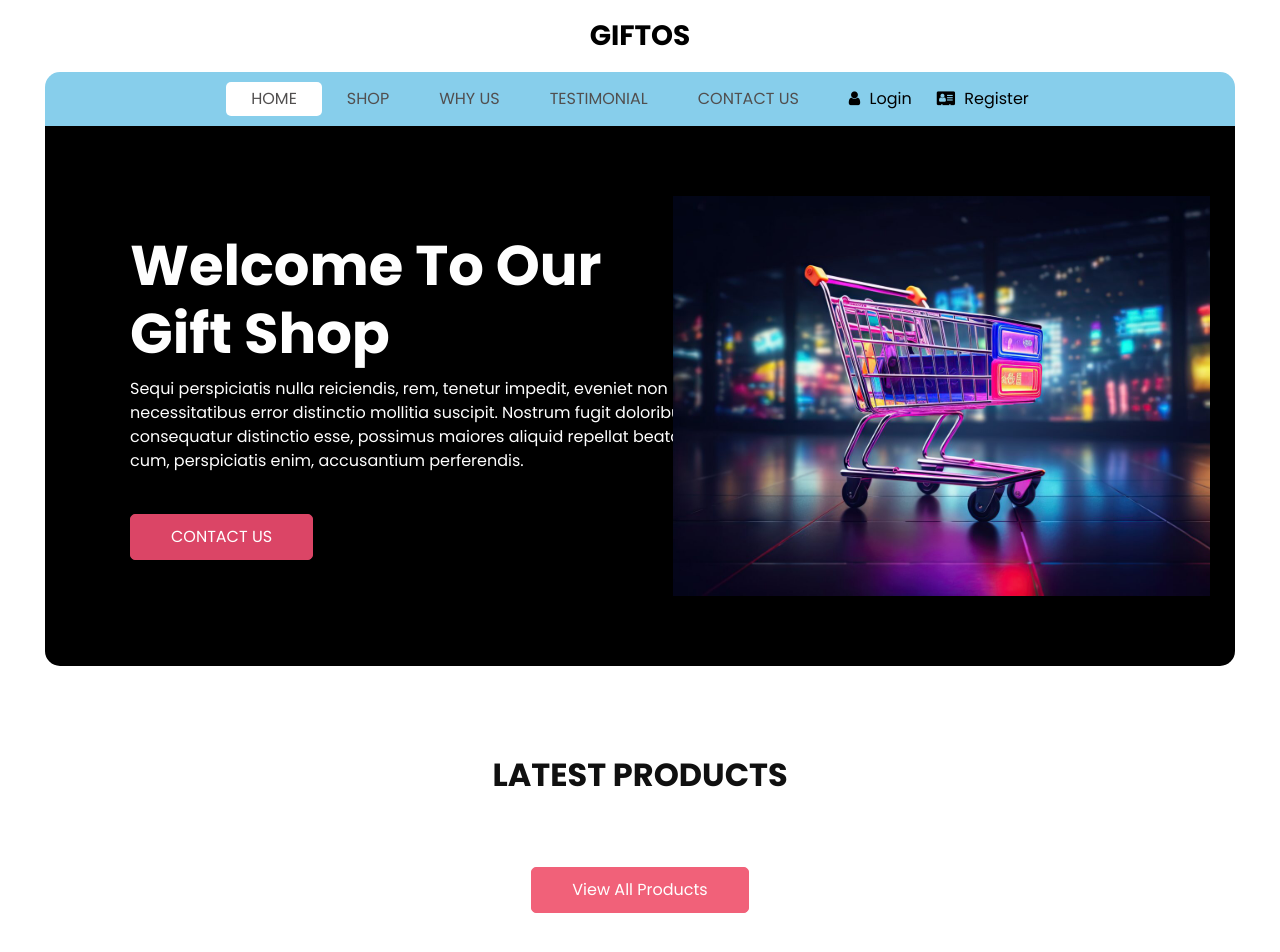
Repository: hahuuchinh2501/ecommerce_project
Page: http://localhost/
These files come from the project's save history. The page is drawn as it stood at one moment and after the next save; the edit follows.
The browser window is 1280 px wide. The pictures show the part of the page from y = 0 to 952 px (the page is 2195 px tall).
The page is served by the project's Laravel application, run on PHP 8.4 with Laravel 12. Other server files are loaded and not shown. Queries for data that is not in the repository find no rows.

Above is the page before, as saved 2025-04-03 22:06:33.

### routes/web.php
<?php

use App\Http\Controllers\AdminController;
use App\Http\Controllers\ProfileController;
use Illuminate\Support\Facades\Route;

use App\Http\Controllers\HomeController;

route::get('/',[HomeController::class,'home']);

route::get('/dashboard',[HomeController::class,'login_home'])->middleware(['auth', 'verified'])->name('dashboard');

// Route::get('/dashboard', function () {
//     return view('home.index');
// })->middleware(['auth', 'verified'])->name('dashboard');

Route::middleware('auth')->group(function () {
    Route::get('/profile', [ProfileController::class, 'edit'])->name('profile.edit');
    Route::patch('/profile', [ProfileController::class, 'update'])->name('profile.update');
    Route::delete('/profile', [ProfileController::class, 'destroy'])->name('profile.destroy');
});

require __DIR__.'/auth.php';


route::get('admin/dashboard',[HomeController::class,'index'])->middleware(['auth','admin']);

route::get('view_category',[AdminController::class,'view_category'])->middleware(['auth','admin']);

route::post('add_category',[AdminController::class,'add_category'])->middleware(['auth','admin']);

route::get('delete_category/{id}',[AdminController::class,'delete_category'])->middleware(['auth','admin']);

route::get('edit_category/{id}',[AdminController::class,'edit_category'])->middleware(['auth','admin']);

route::post('update_category/{id}',[AdminController::class,'update_category'])->middleware(['auth','admin']);



route::get('view_brand',[AdminController::class,'view_brand'])->middleware(['auth','admin']);

route::post('add_brand',[AdminController::class,'add_brand'])->middleware(['auth','admin']);

route::get('delete_brand/{id}',[AdminController::class,'delete_brand'])->middleware(['auth','admin']);

route::get('edit_brand/{id}',[AdminController::class,'edit_brand'])->middleware(['auth','admin']);

route::post('update_brand/{id}',[AdminController::class,'update_brand'])->middleware(['auth','admin']);



route::get('add_product',[AdminController::class,'add_product'])->middleware(['auth','admin']);

route::post('upload_product',[AdminController::class,'upload_product'])->middleware(['auth','admin']);

route::get('view_product',[AdminController::class,'view_product'])->middleware(['auth','admin']);


route::get('delete_product/{id}',[AdminController::class,'delete_product'])->middleware(['auth','admin']);

route::get('update_product/{id}',[AdminController::class,'update_product'])->middleware(['auth','admin']);

route::post('edit_product/{id}',[AdminController::class,'edit_product'])->middleware(['auth','admin']);

route::get('product_search',[AdminController::class,'product_search'])->middleware(['auth','admin']);

Route::get('product_details/{id}', [HomeController::class, 'product_details']);

Route::get('add_cart/{id}', [HomeController::class, 'add_cart'])->middleware(['auth', 'verified']);

Route::post('add_cart/{id}', [HomeController::class, 'add_cart'])->middleware(['auth', 'verified']);

Route::get('mycart', [HomeController::class, 'mycart'])->middleware(['auth', 'verified']);

Route::get('remove_cart/{id}', [HomeController::class, 'remove_cart']);

Route::post('update_cart_quantity/{id}', [HomeController::class, 'update_cart_quantity']);

### app/Http/Controllers/HomeController.php
<?php

namespace App\Http\Controllers;

use Illuminate\Http\Request;

use App\Models\Product;

use App\Models\User;

use Illuminate\Support\Facades\Auth;

use App\Models\Cart;

class HomeController extends Controller
{
    public function index()
    {
        return view('admin.index');
    }

    public function home()
    {
        $product = Product::all();

        if(Auth::id()) {
        $user = Auth::user();

        $userid = $user->id;

        $count = Cart::where('user_id', $userid)->count();
        } else {
            $count = '';
        }



        return view('home.index',compact('product','count'));
    }

    public function login_home() {
          $product = Product::all();

       if(Auth::id()) {
        $user = Auth::user();

        $userid = $user->id;

        $count = Cart::where('user_id', $userid)->count();
        } else {
            $count = '';
        }

        return view('home.index',compact('product','count'));
    }

    public function product_details($id)
{
    $data = Product::find($id);

      if(Auth::id()) {
        $user = Auth::user();

        $userid = $user->id;

        $count = Cart::where('user_id', $userid)->count();
        } else {
            $count = '';
        }

    return view('home.product_details',compact('data','count'));
}

public function add_cart(Request $request, $id)
{
    $product_id = $id;
    $user = Auth::user();
    $user_id = $user->id;

    // Lấy số lượng từ request, mặc định là 1 nếu không có
    $quantity = $request->quantity ?? 1;

    // Kiểm tra xem sản phẩm đã có trong giỏ hàng chưa
    $existing_cart = Cart::where('user_id', $user_id)
                         ->where('product_id', $product_id)
                         ->first();

    if ($existing_cart) {
        // Nếu sản phẩm đã có trong giỏ hàng, cập nhật số lượng
        $existing_cart->quantity += $quantity;
        $existing_cart->save();
    } else {
        // Nếu chưa có, tạo mới
        $data = new Cart;
        $data->user_id = $user_id;
        $data->product_id = $product_id;
        $data->quantity = $quantity;
        $data->save();
    }

    toastr()->timeOut(10000)->closeButton()->addSuccess('Add product to cart successfully');
    return redirect()->back();
}
    public function mycart() {
       if (Auth::id())
{
    $user = Auth::user();
    $userid = $user->id;
    $count = Cart::where('user_id', $userid)->count();

    $cart = Cart::where('user_id',$userid)->get();
}

return view('home.mycart', compact('count','cart'));
    }

    public function remove_cart($id)
{
    Cart::find($id)->delete();
    return redirect()->back()->with('message', 'Product removed from cart successfully');
}

public function update_cart_quantity(Request $request, $id)
{
    $cart = Cart::find($id);
    $cart->quantity = $request->quantity;
    $cart->save();
    return redirect()->back()->with('message', 'Cart quantity updated successfully');
}
}

### resources/views/home/index.blade.php
<!DOCTYPE html>
<html>

<head>
  @include('home.css')
</head>

<body>
  <div class="hero_area">
    <!-- header section strats -->
   @include('home.header')
    <!-- end header section -->
    <!-- slider section -->
    @include('home.slider')

    <!-- end slider section -->
  </div>
  <!-- end hero area -->

  <!-- shop section -->

    @include('home.product')

  <!-- end shop section -->







  <!-- contact section -->

  @include('home.contact')
  <!-- end contact section -->



  <!-- info section -->

 @include('home.footer')

</body>

</html>

### resources/views/home/css.blade.php
<!-- Basic -->
  <meta charset="utf-8" />
  <meta http-equiv="X-UA-Compatible" content="IE=edge" />
  <!-- Mobile Metas -->
  <meta name="viewport" content="width=device-width, initial-scale=1, shrink-to-fit=no" />
  <!-- Site Metas -->
  <meta name="keywords" content="" />
  <meta name="description" content="" />
  <meta name="author" content="" />
  <link rel="shortcut icon" href="images/favicon.png" type="image/x-icon">

  <title>
    Giftos
  </title>

  <!-- slider stylesheet -->
  <link rel="stylesheet" type="text/css" href="https://cdnjs.cloudflare.com/ajax/libs/OwlCarousel2/2.3.4/assets/owl.carousel.min.css" />

  <!-- bootstrap core css -->
  <link rel="stylesheet" type="text/css" href="{{asset('css/bootstrap.css')}}" />

  <!-- Custom styles for this template -->
  <link href="{{asset('css/style.css')}}" rel="stylesheet" />
  <!-- responsive style -->
  <link href="{{asset('css/responsive.css')}}" rel="stylesheet" />

### resources/views/home/header.blade.php
 <header class="header_section">
      <nav class="navbar navbar-expand-lg custom_nav-container ">
        <a class="navbar-brand" href="index.html">
          <span>
            Giftos
          </span>
        </a>
        <button class="navbar-toggler" type="button" data-toggle="collapse" data-target="#navbarSupportedContent" aria-controls="navbarSupportedContent" aria-expanded="false" aria-label="Toggle navigation">
          <span class=""></span>
        </button>

        <div class="collapse navbar-collapse" id="navbarSupportedContent">
          <ul class="navbar-nav  ">
            <li class="nav-item active">
              <a class="nav-link" href="{{ url('/') }}">Home <span class="sr-only">(current)</span></a>
            </li>
            <li class="nav-item">
              <a class="nav-link" href="shop.html">
                Shop
              </a>
            </li>
            <li class="nav-item">
              <a class="nav-link" href="why.html">
                Why Us
              </a>
            </li>
            <li class="nav-item">
              <a class="nav-link" href="testimonial.html">
                Testimonial
              </a>
            </li>
            <li class="nav-item">
              <a class="nav-link" href="contact.html">Contact Us</a>
            </li>
          </ul>
          <div class="user_option">
              @if (Route::has('login'))

              @auth

               <a href="{{ url('mycart') }}">
              <i class="fa fa-shopping-bag" aria-hidden="true"></i>
              [{{ $count }}]
            </a>

             <form class="form-inline ">
              <button class="btn nav_search-btn" type="submit">
                <i class="fa fa-search" aria-hidden="true"></i>
              </button>
            </form>

                <form style="padding: 15px;" method="POST" action="{{ route('logout') }}">
                            @csrf
                  <input class="btn btn-danger" type="submit" value="logout">
              </form>

              @else

            <a href="{{ url('/login') }}">
              <i class="fa fa-user" aria-hidden="true"></i>
              <span>
                Login
              </span>
            </a>
             <a href="{{ url('/register') }}">
              <i class="fa fa-vcard" aria-hidden="true"></i>
              <span>
                Register
              </span>
            </a>
             @endauth

            @endif



          </div>
        </div>
      </nav>
    </header>

### resources/views/home/slider.blade.php

    <section class="slider_section">
      <div class="slider_container">
        <div id="carouselExampleIndicators" class="carousel slide" data-ride="carousel">
          <div class="carousel-inner">
            <div class="carousel-item active">
              <div class="container-fluid">
                <div class="row">
                  <div class="col-md-7">
                    <div class="detail-box">
                      <h1>
                        Welcome To Our <br>
                        Gift Shop
                      </h1>
                      <p>
                        Sequi perspiciatis nulla reiciendis, rem, tenetur impedit, eveniet non necessitatibus error distinctio mollitia suscipit. Nostrum fugit doloribus consequatur distinctio esse, possimus maiores aliquid repellat beatae cum, perspiciatis enim, accusantium perferendis.
                      </p>
                      <a href="">
                        Contact Us
                      </a>
                    </div>
                  </div>
                  <div class="col-md-5 ">
                    <div class="img-box">
                      <img style="width:600px" src="images/image3.jpeg" alt="" />
                    </div>
                  </div>
                </div>
              </div>
            </div>

          </div>

        </div>
      </div>
    </section>

### resources/views/home/product.blade.php
 <section class="shop_section layout_padding">
    <div class="container">
      <div class="heading_container heading_center">
        <h2>
          Latest Products
        </h2>
      </div>
      <div class="row">
        @foreach($product as $products )


        <div class="col-sm-6 col-md-4 col-lg-3">
          <div class="box">

              <div class="img-box">
                <img src="products/{{ $products->image1 }}" alt="">
              </div>
              <div class="detail-box">
                <h6>
                  {{ $products->title }}
                </h6>
                <h6>
                  Price
                  <span>
                    {{ $products->price }}
                  </span>
                </h6>
              </div>

            <div style="padding:15px">
              <a class="btn btn-dark" style="color: white" href="{{ url('product_details', $products->id) }}">
                Details
              </a>
               <a class="btn btn-white" style="border: 1px solid " href="{{ url('add_cart', $products->id) }}">
                add cart
              </a>
          </div>
          </div>
        </div>
        @endforeach
        </div>
      </div>
      <div class="btn-box">
        <a href="">
          View All Products
        </a>
      </div>
    </div>
  </section>

### resources/views/home/contact.blade.php
<section class="contact_section ">
    <div class="container px-0">
      <div class="heading_container ">
        <h2 class="">
          Contact Us
        </h2>
      </div>
    </div>
    <div class="container container-bg">
      <div class="row">
        <div class="col-lg-7 col-md-6 px-0">
          <div class="map_container">
            <div class="map-responsive">
              <iframe src="https://www.google.com/maps/embed/v1/place?key=AIzaSyA0s1a7phLN0iaD6-UE7m4qP-z21pH0eSc&q=Eiffel+Tower+Paris+France" width="600" height="300" frameborder="0" style="border:0; width: 100%; height:100%" allowfullscreen></iframe>
            </div>
          </div>
        </div>
        <div class="col-md-6 col-lg-5 px-0">
          <form action="#">
            <div>
              <input type="text" placeholder="Name" />
            </div>
            <div>
              <input type="email" placeholder="Email" />
            </div>
            <div>
              <input type="text" placeholder="Phone" />
            </div>
            <div>
              <input type="text" class="message-box" placeholder="Message" />
            </div>
            <div class="d-flex ">
              <button>
                SEND
              </button>
            </div>
          </form>
        </div>
      </div>
    </div>
  </section>

  <br><br><br>

### resources/views/home/footer.blade.php
 <section class="info_section  layout_padding2-top">
    <div class="social_container">
      <div class="social_box">
        <a href="">
          <i class="fa fa-facebook" aria-hidden="true"></i>
        </a>
        <a href="">
          <i class="fa fa-twitter" aria-hidden="true"></i>
        </a>
        <a href="">
          <i class="fa fa-instagram" aria-hidden="true"></i>
        </a>
        <a href="">
          <i class="fa fa-youtube" aria-hidden="true"></i>
        </a>
      </div>
    </div>
    <div class="info_container ">
      <div class="container">
        <div class="row">
          <div class="col-md-6 col-lg-3">
            <h6>
              ABOUT US
            </h6>
            <p>
              Lorem ipsum dolor sit amet, consectetur adipiscing elit, sed doLorem ipsum dolor sit amet, consectetur adipiscing elit, sed doLorem ipsum dolor sit amet,
            </p>
          </div>
          <div class="col-md-6 col-lg-3">
            <div class="info_form ">
              <h5>
                Newsletter
              </h5>
              <form action="#">
                <input type="email" placeholder="Enter your email">
                <button>
                  Subscribe
                </button>
              </form>
            </div>
          </div>
          <div class="col-md-6 col-lg-3">
            <h6>
              NEED HELP
            </h6>
            <p>
              Lorem ipsum dolor sit amet, consectetur adipiscing elit, sed doLorem ipsum dolor sit amet, consectetur adipiscing elit, sed doLorem ipsum dolor sit amet,
            </p>
          </div>
          <div class="col-md-6 col-lg-3">
            <h6>
              CONTACT US
            </h6>
            <div class="info_link-box">
              <a href="">
                <i class="fa fa-map-marker" aria-hidden="true"></i>
                <span> Gb road 123 london Uk </span>
              </a>
              <a href="">
                <i class="fa fa-phone" aria-hidden="true"></i>
                <span>+01 12345678901</span>
              </a>
              <a href="">
                <i class="fa fa-envelope" aria-hidden="true"></i>
                <span> demo@gmail.com</span>
              </a>
            </div>
          </div>
        </div>
      </div>
    </div>
    <!-- footer section -->
    <footer class=" footer_section">
      <div class="container">
        <p>
          &copy; <span id="displayYear"></span> All Rights Reserved By
          <a href="https://html.design/">Web Tech Knowledge</a>
        </p>
      </div>
    </footer>
    <!-- footer section -->

  </section>

  <!-- end info section -->


  <script src="{{asset('js/jquery-3.4.1.min.js') }}"></script>
  <script src="{{asset('js/bootstrap.js') }}"></script>
  <script src="https://cdnjs.cloudflare.com/ajax/libs/OwlCarousel2/2.3.4/owl.carousel.min.js">
  </script>
  <script src="{{asset('js/custom.js') }}"></script>

### public/css/responsive.css
@media (max-width: 1120px) {
    .saving_section .detail-box {
        padding: 0;
    }
}

@media (max-width: 992px) {
    .user_option {
        justify-content: center;
        margin-left: 0;
        margin-top: 10px;

    }

    .custom_nav-container {
        flex-direction: row;
    }

    .custom_nav-container .navbar-nav {
        align-items: center;
    }

    #navbarSupportedContent .navbar-nav .nav-link {
        margin: 5px 0;
    }

    .slider_section .detail-box {
        padding-left: 0;
    }

    .slider_section .detail-box h1 {
        font-size: 3rem;
    }

    .slider_section .img-box {
        padding: 0;
    }

    .saving_section .row {
        flex-direction: column-reverse;
    }

    .saving_section .detail-box {

        margin-bottom: 30px;
    }

    .client_section .box {
        margin: 15px 25px;
    }

    .client_section .carousel_btn-box {
        display: flex;
        justify-content: center;
        margin-top: 45px;
    }

    .client_section .carousel-control-prev,
    .client_section .carousel-control-next {
        position: unset;
        margin: 0 2.5px;
        width: 45px;
        height: 45px;
    }
}

@media (max-width: 768px) {
    .hero_area {
        padding: 0 25px;
    }

    .slider_section .img-box {
        margin-bottom: 45px;
    }

    .saving_section,
    .gift_section {
        padding-left: 25px;
        padding-right: 25px;
    }

    .gift_section .box {
        padding: 45px 0;
    }

    .gift_section .img-box {
        padding: 0 15px;
        margin-bottom: 45px;
    }

    .info_section .row>div {
        text-align: center;
        display: flex;
        flex-direction: column;
        align-items: center;

    }

    .info_section {
        margin: 0 25px 25px;
    }


}

@media (max-width: 576px) {
    .contact_section {
        padding-left: 25px;
        padding-right: 25px;
    }
}

@media (max-width: 480px) {

    .saving_section .detail-box,
    .gift_section .detail-box {
        padding: 0 5px;
    }
}

@media (max-width: 420px) {}

@media (max-width: 376px) {}

@media (min-width: 1200px) {
    .container {
        max-width: 1170px;
    }
}

Loaded but not shown: app/Providers/AppServiceProvider.php (common file); routes/auth.php (common file); app/Http/Controllers/Auth/EmailVerificationPromptController.php (common file); app/Http/Controllers/Controller.php (common file); app/Http/Controllers/Auth/VerifyEmailController.php (common file); app/Models/Product.php (common file); public/css/bootstrap.css (library); public/js/jquery-3.4.1.min.js (library); public/css/font-awesome.min.css (library); public/js/bootstrap.js (library); public/js/custom.js (common file); public/css/style.css (856 lines, source omitted)

After the next save:
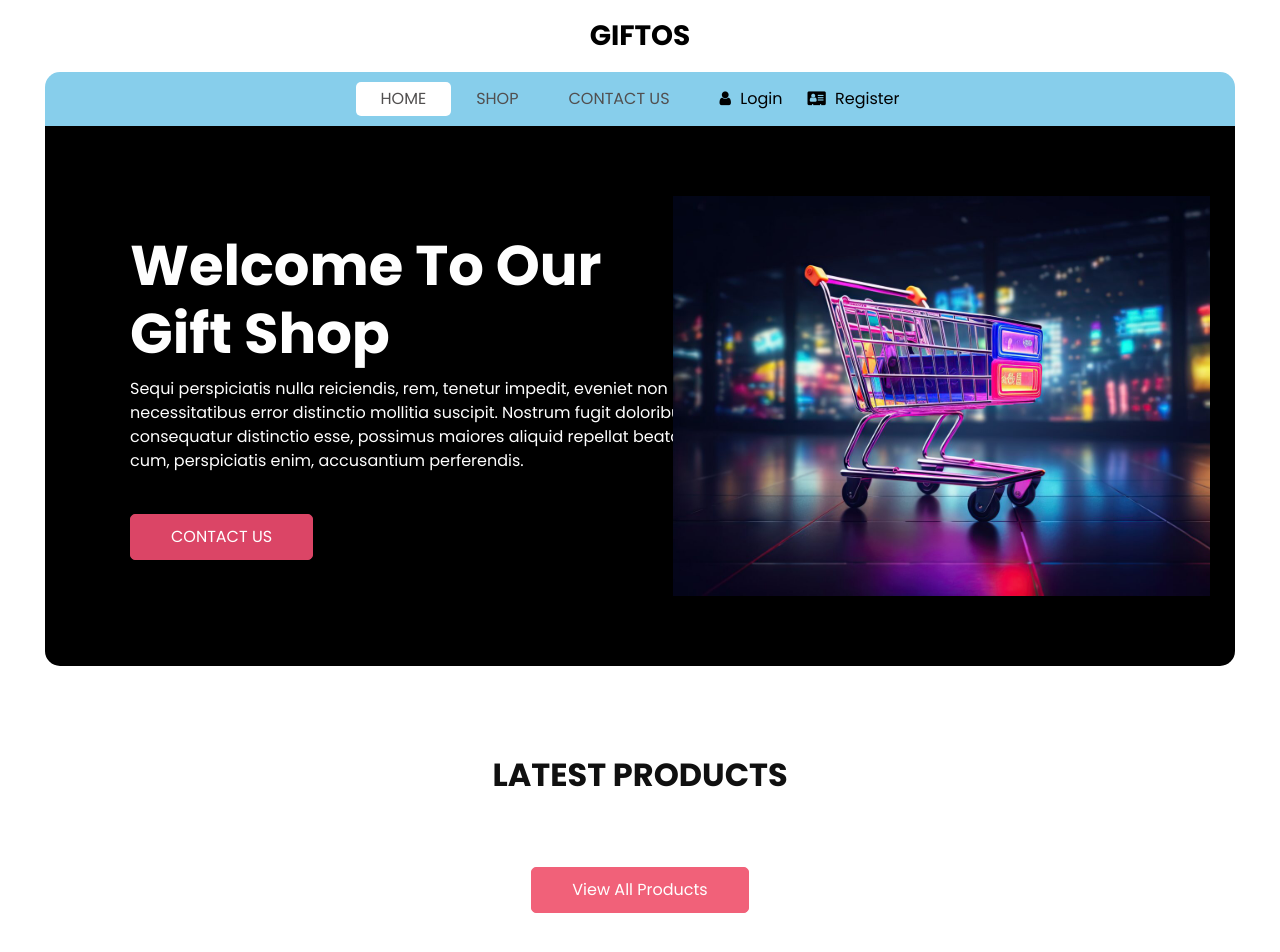
Saved 12 h 41 min later.
--- a/resources/views/home/header.blade.php
+++ b/resources/views/home/header.blade.php
@@ -20,17 +20,7 @@
               </a>
             </li>
             <li class="nav-item">
-              <a class="nav-link" href="why.html">
-                Why Us
-              </a>
-            </li>
-            <li class="nav-item">
-              <a class="nav-link" href="testimonial.html">
-                Testimonial
-              </a>
-            </li>
-            <li class="nav-item">
-              <a class="nav-link" href="contact.html">Contact Us</a>
+              <a class="nav-link" href="">Contact Us</a>
             </li>
           </ul>
           <div class="user_option">
